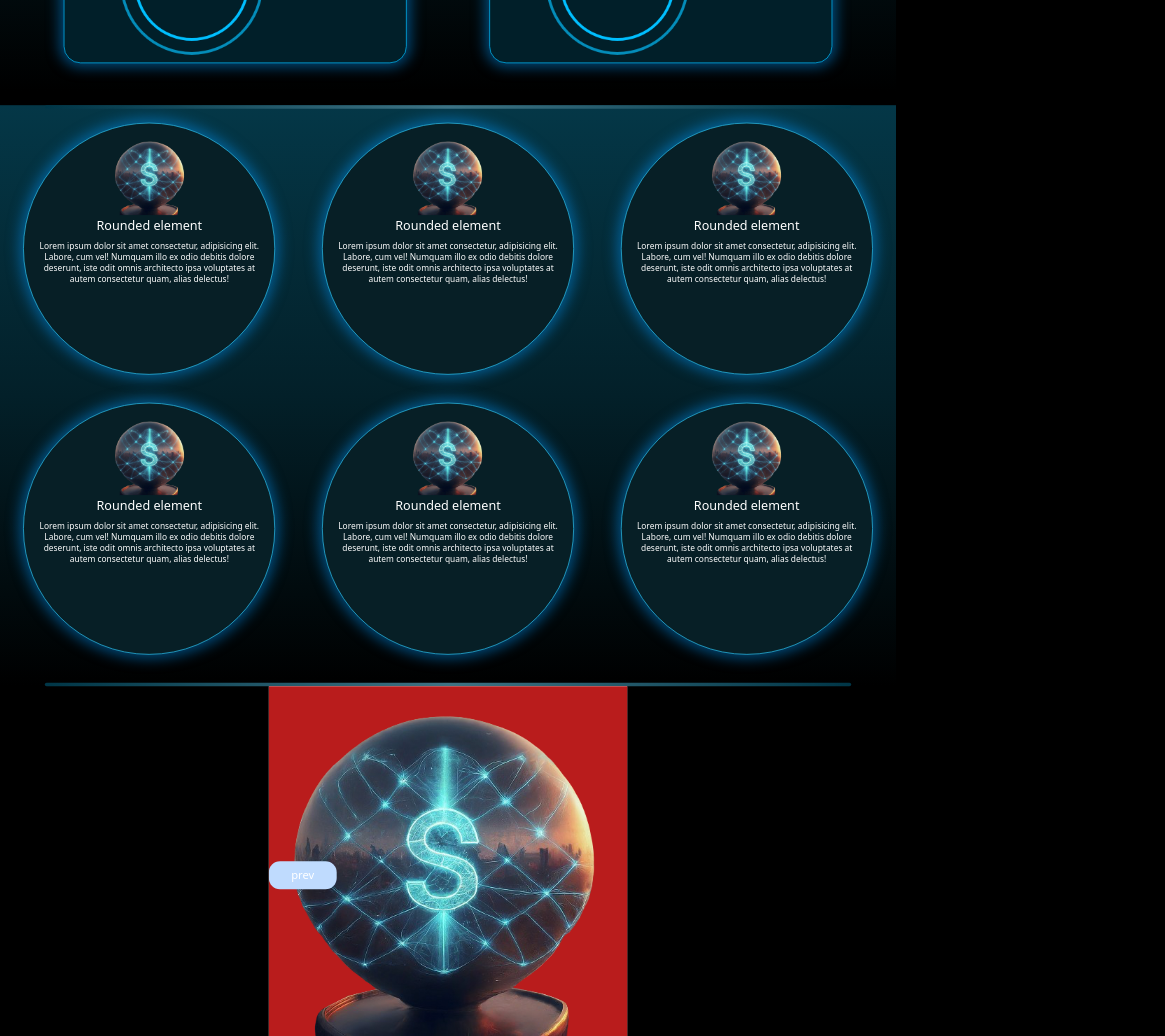
Repository: TMuse333/q3-desings2
Page: /
An editor plug-in stored every save of this project. The page is shown before and after a run of saves, followed by the edit.
The browser window is 1280 px wide. The page is 1280 px wide, then 1664 px, then 1280 px, so the pictures cover 1664 px, including what lies to the right of the window. The pictures show the part of the page from y = 1486 to 2966 px (the page is 2966 px tall), at 70% of full size.
The project was rebuilt for these pictures with package versions that can differ from the ones it lists, and the page was loaded fresh each time. Also part of the build but not shown: vite.config.ts.

Above is the page before, as saved 2024-05-11 13:45:51.

After the next 2 saves:
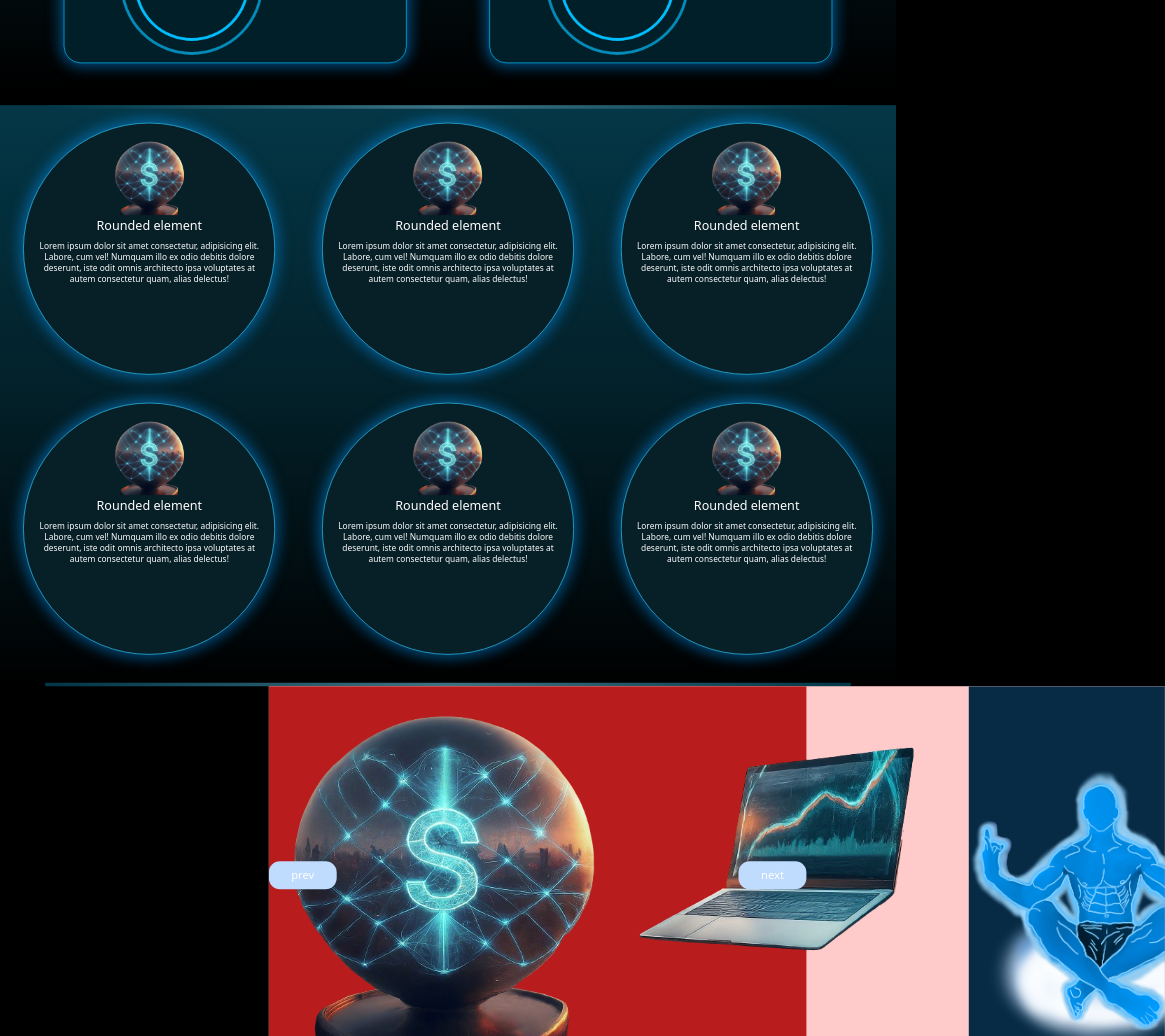
The 2 saves are shown as one change because they came seconds apart.
The last was saved 14 s later.
--- a/src/components/carousel/carousel.tsx
+++ b/src/components/carousel/carousel.tsx
@@ -12,7 +12,7 @@
 
     return (
       <div className="max-w-lg mr-auto ml-auto">
-        <section className='overflow-hidden relative bg-red-200 '>
+        <section className='overflow-hidden relative bg-red-200 w-[100vw] '>
 
             <div className='flex bg-red-700 relative w-[60vw]'>
                 {images.map((image,index) => (

After the save that followed:
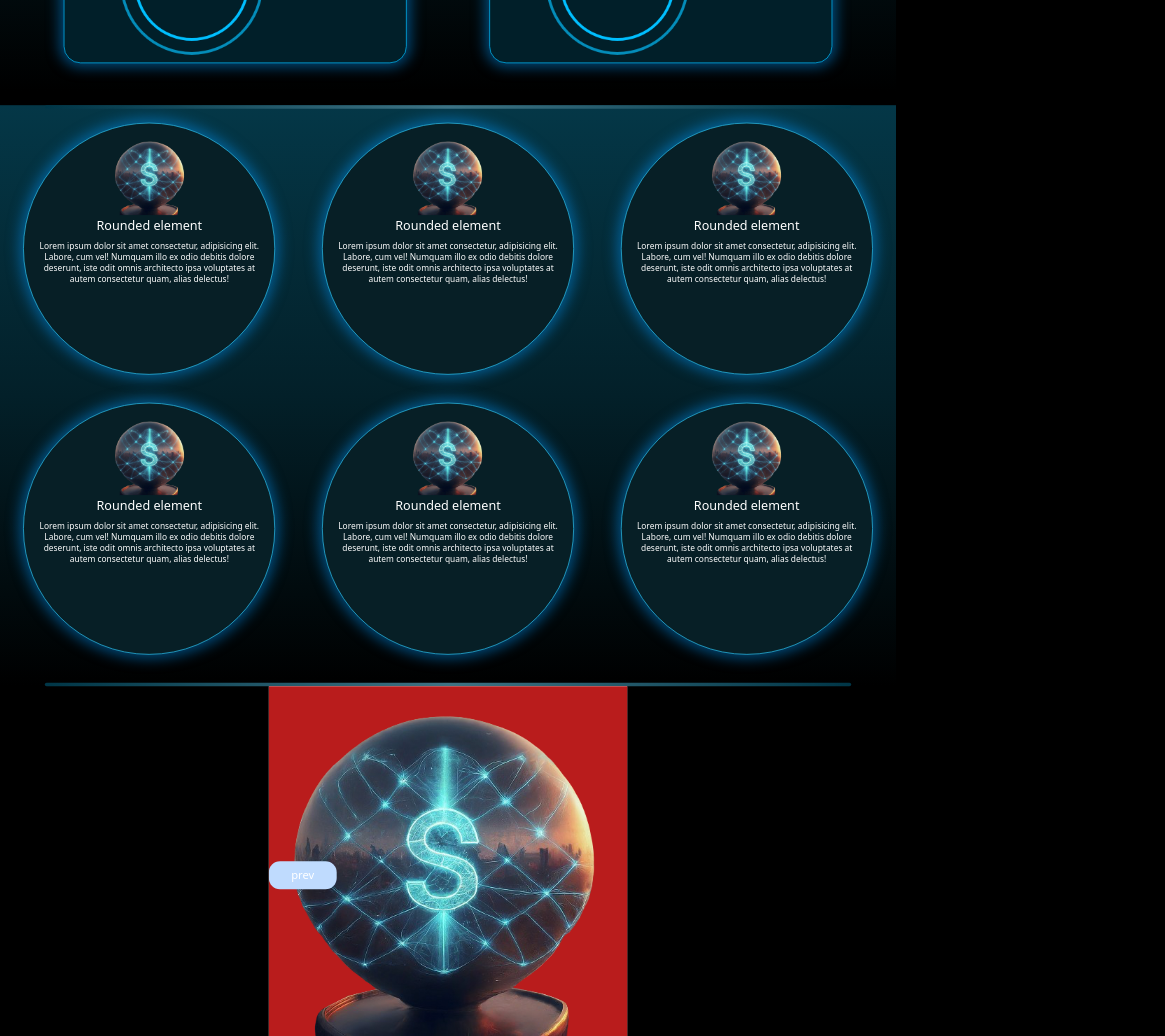
Saved 8 s later.
--- a/src/components/carousel/carousel.tsx
+++ b/src/components/carousel/carousel.tsx
@@ -12,7 +12,7 @@
 
     return (
       <div className="max-w-lg mr-auto ml-auto">
-        <section className='overflow-hidden relative bg-red-200 w-[100vw] '>
+        <section className='overflow-hidden relative bg-red-200  '>
 
             <div className='flex bg-red-700 relative w-[60vw]'>
                 {images.map((image,index) => (
